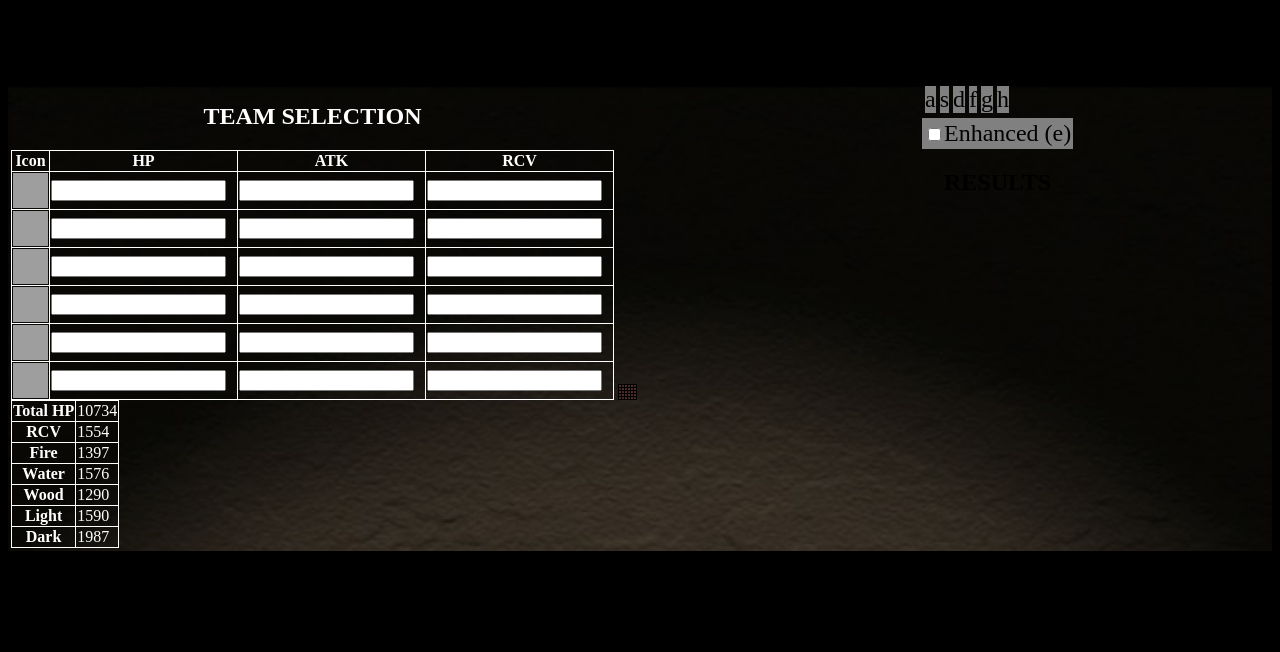
Repository: fangelod/pad-optimizer
Page: client/index.html
The author's editor kept a record of every edit. The page is drawn from the files as they stood at one moment, then again after the next edit.
The browser window is 1280 px wide. The pictures show the whole page.
Pictures or frames that could not be fetched are drawn as grey boxes.

Above is the page before.
Console error: TypeError: Cannot read properties of null (reading 'getContext')

### client/index.html
<!DOCTYPE html>
<html>
    <head>
        <title>PAD Optimizer</title>
        <link rel="stylesheet" href="/css/main.css">
        <script src="/js/jquery.min.js"></script>
        <script src="/js/main.js"></script>
    </head>
    <body>
        <div class="header">
            <div class="title">
                <h1>Puzzle & Dragons Optimizer</h1>
            </div>
            <div class="navbar"></div>
        </div>
        <div class="body">
            <table class="containerlayout">
                <tr>
                    <td class="left">
                        <div>
                            <h2>TEAM SELECTION</h2>
                            <table>
                                <tr>
                                    <th>Icon</th>
                                    <th>HP</th>
                                    <th>ATK</th>
                                    <th>RCV</th>
                                </tr>
                                <tr>
                                    <td><img src="/img/Monsters/2271.png"></td>
                                    <td><input type="number"></td>
                                    <td><input type="number"></td>
                                    <td><input type="number"></td>
                                </tr>
                                <tr>
                                    <td><img src="/img/Monsters/2497.png"></td>
                                    <td><input type="number"></td>
                                    <td><input type="number"></td>
                                    <td><input type="number"></td>
                                </tr>
                                <tr>
                                    <td><img src="/img/Monsters/2494.png"></td>
                                    <td><input type="number"></td>
                                    <td><input type="number"></td>
                                    <td><input type="number"></td>
                                </tr>
                                <tr>
                                    <td><img src="/img/Monsters/2185.png"></td>
                                    <td><input type="number"></td>
                                    <td><input type="number"></td>
                                    <td><input type="number"></td>
                                </tr>
                                <tr>
                                    <td><img src="/img/Monsters/2818.png"></td>
                                    <td><input type="number"></td>
                                    <td><input type="number"></td>
                                    <td><input type="number"></td>
                                </tr>
                                <tr>
                                    <td><img src="/img/Monsters/2271.png"></td>
                                    <td><input type="number"></td>
                                    <td><input type="number"></td>
                                    <td><input type="number"></td>
                                </tr>
                            </table>
                            <table>
                                <tr>
                                    <th>Total HP</th>
                                    <td>10734</td>
                                </tr>
                                <tr>
                                    <th>RCV</th>
                                    <td>1554</td>
                                </tr>
                                <tr>
                                    <th>Fire</th>
                                    <td>1397</td>
                                </tr>
                                <tr>
                                    <th>Water</th>
                                    <td>1576</td>
                                </tr>
                                <tr>
                                    <th>Wood</th>
                                    <td>1290</td>
                                </tr>
                                <tr>
                                    <th>Light</th>
                                    <td>1590</td>
                                </tr>
                                <tr>
                                    <th>Dark</th>
                                    <td>1987</td>
                                </tr>
                            </table>
                        </div>
                    </td>
                    <td class="middle">
                        <canvas class="PADboard"></canvas>
                        <div class="board">
                            <table>
                                <tr>
                                    <td class="even"></td>
                                    <td class="odd"></td>
                                    <td class="even"></td>
                                    <td class="odd"></td>
                                    <td class="even"></td>
                                    <td class="odd"></td>
                                </tr>
                                <tr>
                                    <td class="odd"></td>
                                    <td class="even"></td>
                                    <td class="odd"></td>
                                    <td class="even"></td>
                                    <td class="odd"></td>
                                    <td class="even"></td>
                                </tr>
                                <tr>
                                    <td class="even"></td>
                                    <td class="odd"></td>
                                    <td class="even"></td>
                                    <td class="odd"></td>
                                    <td class="even"></td>
                                    <td class="odd"></td>
                                </tr>
                                <tr>
                                    <td class="odd"></td>
                                    <td class="even"></td>
                                    <td class="odd"></td>
                                    <td class="even"></td>
                                    <td class="odd"></td>
                                    <td class="even"></td>
                                </tr>
                                <tr>
                                    <td class="even"></td>
                                    <td class="odd"></td>
                                    <td class="even"></td>
                                    <td class="odd"></td>
                                    <td class="even"></td>
                                    <td class="odd"></td>
                                </tr>
                            </table>
                        </div>
                    </td>
                    <td class="right">
                        <div class="orbSelector">
                            <table>
                                <tr>
                                    <td><p>a</p></td>
                                    <td><p>s</p></td>
                                    <td><p>d</p></td>
                                    <td><p>f</p></td>
                                    <td><p>g</p></td>
                                    <td><p>h</p></td>
                                </tr>
                                <tr>
                                    <td class="frChoose"></td>
                                    <td class="wtChoose"></td>
                                    <td class="wdChoose"></td>
                                    <td class="ltChoose"></td>
                                    <td class="dkChoose"></td>
                                    <td class="hChoose"></td>
                                </tr>
                            </table>
                            <form>
                                <label><input class="echeck" type="checkbox" name="enhanced">Enhanced (e)</label>
                            </form>
                        </div>
                        <div class="results">
                            <h2>RESULTS</h2>
                        </div>
                    </td>
                </tr>
            </table>
        </div>
        <div class="allMonsters"></div>
    </body>
</html>

### client/css/main.css
.body {
    width: 100%;
    background: url("/img/backdrop.jpeg") no-repeat;
    background-size: 100%;
}
.middle table {
    border: solid 1pt black;
    border-collapse: collapse;
}
.middle td {
    border: solid 1pt black;
    border-collapse: collapse;
}
.odd {
    background-image: url("/img/Background2.png");
}
.even {
    background-image: url("/img/Background1.png");
}
.left {
    vertical-align: top;
    color: white;
}
.left table, .left th, .left td {
    border: 1pt solid white;
    border-collapse: collapse;
}
.left img {
    height: 35px;
    width: 35px;
    vertical-align: middle;
}
.left input {
    width: 90%;
}
.odd:hover, .even:hover {
    cursor: default;
}
html {
    background: black;
}
.right {
    vertical-align: top;
}
.frChoose {
    background: url("/img/frOrb.png") no-repeat center;
}
.wtChoose {
    background: url("/img/wtOrb.png") no-repeat center;
}
.wdChoose {
    background: url("/img/wdOrb.png") no-repeat center;
}
.ltChoose {
    background: url("/img/ltOrb.png") no-repeat center;
}
.dkChoose {
    background: url("/img/dkOrb.png") no-repeat center;
}
.hChoose {
    background: url("/img/hOrb.png") no-repeat center;
}
.frChoose, .wtChoose, .wdChoose, .ltChoose, .dkChoose, .hChoose {
    background-size: contain;
    padding: 0;
}
.orbSelector p {
    text-align: center;
    vertical-align: bottom;
    margin: 0;
    font-size: 1.5em;
    background: gray;
}
.orbSelector form {
    display: table;
    margin-left: auto;
    margin-right: auto;
    font-size: 1.5em;
    background: gray;
    width: 100%;
}
.orbSelector input {
    height: 50%;
}
h2 {
    text-align: center;
}
h1 {
    text-align: center;
}

.allMonsters {
    background: white;
}

### client/js/main.js
var cv;
var orbSelected = '.frChoose';
var board;
var Fire, Water, Wood, Light, Dark, Heal;
var EFire, EWater, EWood, ELight, EDark, EHeal;
var isMouseDown = false;

$(document).ready(function () {
    cv = document.getElementById("PADboard").getContext("2d");
    resizeEverything();
    addButtonHandlers();
    initBoard();
    initOrbs();

    $('#PADboard').on('click', function(e) {
        var x = e.offsetX;
        var y = e.offsetY;
        var w = $('#PADboard').width();
        var h = $('#PADboard').height();
        var gw = w/6;
        var gh = h/5;
        var column = "";
        var row = "";
        var bw = document.getElementById("PADboard").width/6;
        var bh = document.getElementById("PADboard").height/5;

        if ($('.echeck').is(":checked")) {
            switch (orbSelected) {
                case '.frChoose':
                    board[Math.floor(y/gh)][Math.floor(x/gw)] = "fr+";
                    cv.drawImage(EFire, Math.floor(x/gw)*bw, Math.floor(y/gh)*bh, bw, bh);
                    break;
                case '.wtChoose':
                    board[Math.floor(y/gh)][Math.floor(x/gw)] = "wt+";
                    cv.drawImage(Water, Math.floor(x/gw)*bw, Math.floor(y/gh)*bh, bw, bh);
                    break;
                case '.wdChoose':
                    board[Math.floor(y/gh)][Math.floor(x/gw)] = "wd+";
                    cv.drawImage(Wood, Math.floor(x/gw)*bw, Math.floor(y/gh)*bh, bw, bh);
                    break;
                case '.ltChoose':
                    board[Math.floor(y/gh)][Math.floor(x/gw)] = "lt+";
                    cv.drawImage(ELight, Math.floor(x/gw)*bw, Math.floor(y/gh)*bh, bw, bh);
                    break;
                case '.dkChoose':
                    board[Math.floor(y/gh)][Math.floor(x/gw)] = "dk+";
                    cv.drawImage(EDark, Math.floor(x/gw)*bw, Math.floor(y/gh)*bh, bw, bh);
                    break;
                case '.hChoose':
                    board[Math.floor(y/gh)][Math.floor(x/gw)] = "h+";
                    cv.drawImage(EHeal, Math.floor(x/gw)*bw, Math.floor(y/gh)*bh, bw, bh);
                    break;
            }
        } else {
            switch (orbSelected) {
                case '.frChoose':
                    board[Math.floor(y/gh)][Math.floor(x/gw)] = "fr";
                    cv.drawImage(Fire, Math.floor(x/gw)*bw, Math.floor(y/gh)*bh, bw, bh);
                    break;
                case '.wtChoose':
                    board[Math.floor(y/gh)][Math.floor(x/gw)] = "wt";
                    cv.drawImage(Water, Math.floor(x/gw)*bw, Math.floor(y/gh)*bh, bw, bh);
                    break;
                case '.wdChoose':
                    board[Math.floor(y/gh)][Math.floor(x/gw)] = "wd";
                    cv.drawImage(Wood, Math.floor(x/gw)*bw, Math.floor(y/gh)*bh, bw, bh);
                    break;
                case '.ltChoose':
                    board[Math.floor(y/gh)][Math.floor(x/gw)] = "lt";
                    cv.drawImage(Light, Math.floor(x/gw)*bw, Math.floor(y/gh)*bh, bw, bh);
                    break;
                case '.dkChoose':
                    board[Math.floor(y/gh)][Math.floor(x/gw)] = "dk";
                    cv.drawImage(Dark, Math.floor(x/gw)*bw, Math.floor(y/gh)*bh, bw, bh);
                    break;
                case '.hChoose':
                    board[Math.floor(y/gh)][Math.floor(x/gw)] = "h";
                    cv.drawImage(Heal, Math.floor(x/gw)*bw, Math.floor(y/gh)*bh, bw, bh);
                    break;
            }
        }
    });
    $('#PADboard').on('mousedown', function(e) {
        isMouseDown = true;
    });
    $(document).
    $('#PADboard').on('mousemove', function(e) {
        if (isMouseDown) {
            console.log(e);
        }
    });
});


$(window).resize(function() {
    resizeEverything();
});


// Helper functions
var resizeEverything = function() {
    var w = $(window).width();
    var lw = w * .25;
    var mw = w * .49;
    var rw = w * .25;

    $('.left').width(lw);
    $('.right').width(rw);
    $('.middle').width(mw);

    $('#PADboard').width(mw);
    $('#PADboard').height(mw*(5/6));
    //$('.middle table').width(mw);
    //$('.middle table').height(mw*(5/6));

    $('.frChoose').width(rw/6);
    $('.frChoose').height(rw/6);

    $('.wtChoose').width(rw/6);
    $('.wtChoose').height(rw/6);

    $('.wdChoose').width(rw/6);
    $('.wdChoose').height(rw/6);

    $('.ltChoose').width(rw/6);
    $('.ltChoose').height(rw/6);

    $('.dkChoose').width(rw/6);
    $('.dkChoose').height(rw/6);

    $('.hChoose').width(rw/6);
    $('.hChoose').height(rw/6);

    drawStartBoard();
};
var addButtonHandlers = function() {
    $('.frChoose').css('border', '2pt solid white');

    var resetButtons = function() {
        $(orbSelected).css('border', "initial");
    };

    $('.frChoose').on('click', function (e) {
        resetButtons();
        $('.frChoose').css('border', '2pt solid white');
        orbSelected = '.frChoose';
    });

    $('.wtChoose').on('click', function (e) {
        resetButtons();
        $('.wtChoose').css('border', '2pt solid white');
        orbSelected = '.wtChoose';
    });

    $('.wdChoose').on('click', function (e) {
        resetButtons();
        $('.wdChoose').css('border', '2pt solid white');
        orbSelected = '.wdChoose';
    });

    $('.ltChoose').on('click', function (e) {
        resetButtons();
        $('.ltChoose').css('border', '2pt solid white');
        orbSelected = '.ltChoose';
    });

    $('.dkChoose').on('click', function (e) {
        resetButtons();
        $('.dkChoose').css('border', '2pt solid white');
        orbSelected = '.dkChoose';
    });

    $('.hChoose').on('click', function (e) {
        resetButtons();
        $('.hChoose').css('border', '2pt solid white');
        orbSelected = '.hChoose';
    });

    $('.echeck').on('click', function(e) {
        if ($('.echeck').is(":checked")) {
            $('.frChoose').css('background', 'url("/img/frOrb+.png") no-repeat center');
            $('.wtChoose').css('background', 'url("/img/wtOrb.png") no-repeat center');
            $('.wdChoose').css('background', 'url("/img/wdOrb.png") no-repeat center');
            $('.ltChoose').css('background', 'url("/img/ltOrb+.png") no-repeat center');
            $('.dkChoose').css('background', 'url("/img/dkOrb+.png") no-repeat center');
            $('.hChoose').css('background', 'url("/img/hOrb+.png") no-repeat center');
        } else {
            $('.frChoose').css('background', 'url("/img/frOrb.png") no-repeat center');
            $('.wtChoose').css('background', 'url("/img/wtOrb.png") no-repeat center');
            $('.wdChoose').css('background', 'url("/img/wdOrb.png") no-repeat center');
            $('.ltChoose').css('background', 'url("/img/ltOrb.png") no-repeat center');
            $('.dkChoose').css('background', 'url("/img/dkOrb.png") no-repeat center');
            $('.hChoose').css('background', 'url("/img/hOrb.png") no-repeat center');
        }
        $('.frChoose').css('background-size', 'contain');
        $('.wtChoose').css('background-size', 'contain');
        $('.wdChoose').css('background-size', 'contain');
        $('.ltChoose').css('background-size', 'contain');
        $('.dkChoose').css('background-size', 'contain');
        $('.hChoose').css('background-size', 'contain');
    });

    $('html').on('keydown', function(e) {
        switch (e.keyCode) {
            case 65:
                resetButtons();
                $('.frChoose').css('border', '2pt solid white');
                orbSelected = '.frChoose';
                break;
            case 83:
                resetButtons();
                $('.wtChoose').css('border', '2pt solid white');
                orbSelected = '.wtChoose';
                break;
            case 68:
                resetButtons();
                $('.wdChoose').css('border', '2pt solid white');
                orbSelected = '.wdChoose';
                break;
            case 70:
                resetButtons();
                $('.ltChoose').css('border', '2pt solid white');
                orbSelected = '.ltChoose';
                break;
            case 71:
                resetButtons();
                $('.dkChoose').css('border', '2pt solid white');
                orbSelected = '.dkChoose';
                break;
            case 72:
                resetButtons();
                $('.hChoose').css('border', '2pt solid white');
                orbSelected = '.hChoose';
                break;
            case 69:
                if ($('.echeck').is(":checked")) {
                    $('.echeck').prop('checked', false);
                    $('.frChoose').css('background', 'url("/img/frOrb.png") no-repeat center');
                    $('.wtChoose').css('background', 'url("/img/wtOrb.png") no-repeat center');
                    $('.wdChoose').css('background', 'url("/img/wdOrb.png") no-repeat center');
                    $('.ltChoose').css('background', 'url("/img/ltOrb.png") no-repeat center');
                    $('.dkChoose').css('background', 'url("/img/dkOrb.png") no-repeat center');
                    $('.hChoose').css('background', 'url("/img/hOrb.png") no-repeat center');
                } else {
                    $('.echeck').prop('checked', true);
                    $('.frChoose').css('background', 'url("/img/frOrb+.png") no-repeat center');
                    $('.wtChoose').css('background', 'url("/img/wtOrb.png") no-repeat center');
                    $('.wdChoose').css('background', 'url("/img/wdOrb.png") no-repeat center');
                    $('.ltChoose').css('background', 'url("/img/ltOrb+.png") no-repeat center');
                    $('.dkChoose').css('background', 'url("/img/dkOrb+.png") no-repeat center');
                    $('.hChoose').css('background', 'url("/img/hOrb+.png") no-repeat center');
                }
                $('.frChoose').css('background-size', 'contain');
                $('.wtChoose').css('background-size', 'contain');
                $('.wdChoose').css('background-size', 'contain');
                $('.ltChoose').css('background-size', 'contain');
                $('.dkChoose').css('background-size', 'contain');
                $('.hChoose').css('background-size', 'contain');
                break;
        }
    });
};
var drawStartBoard = function() {
    var w = document.getElementById("PADboard").width;
    var h = document.getElementById("PADboard").height;
    cv.clearRect(0, 0, w, h);

    var img = document.createElement('img');
    img.src = "/img/Background1.png";
    var img2 = document.createElement('img');
    img2.src = "/img/Background2.png";

    var gw = w/6;
    var gh = h/5;
    for (i = 0; i < 5; i++) {
        for (j = 0; j < 6; j++) {
            if (i % 2 == 0) {
                if (j % 2 == 0) {
                    cv.drawImage(img, (j * gw), (i * gh), gw, gh);
                } else {
                    cv.drawImage(img2, (j * gw), (i * gh), gw, gh);
                }
            } else {
                if (j % 2 == 0) {
                    cv.drawImage(img2, (j * gw), (i * gh), gw, gh);
                } else {
                    cv.drawImage(img, (j * gw), (i * gh), gw, gh);
                }
            }
        }
    }
};
var initBoard = function() {
    board = new Array(5);
    for (i = 0; i < 5; i++) {
        board[i] = new Array(6);
        for (j = 0; j < 6; j++) {
            board[i][j] = null;
        }
    }
}
var initOrbs = function() {
    Fire = document.createElement('img');
    Fire.src = "/img/frOrb.png";
    Water = document.createElement('img');
    Water.src = "/img/wtOrb.png";
    Wood = document.createElement('img');
    Wood.src = "/img/wdOrb.png";
    Light = document.createElement('img');
    Light.src = "/img/ltOrb.png";
    Dark = document.createElement('img');
    Dark.src = "/img/dkOrb.png";
    Heal = document.createElement('img');
    Heal.src = "/img/hOrb.png";
    EFire = document.createElement('img');
    EFire.src = "/img/frOrb+.png";
    // EWater = document.createElement('img');
    // EWater.src = "/img/wtOrb+.png";
    // EWood = document.createElement('img');
    // EWood.src = "/img/wdOrb+.png";
    ELight = document.createElement('img');
    ELight.src = "/img/ltOrb+.png";
    EDark = document.createElement('img');
    EDark.src = "/img/dkOrb+.png";
    EHeal = document.createElement('img');
    EHeal.src = "/img/hOrb+.png";
}

Loaded but not shown: client/js/jquery.min.js (library)

After the next edit:
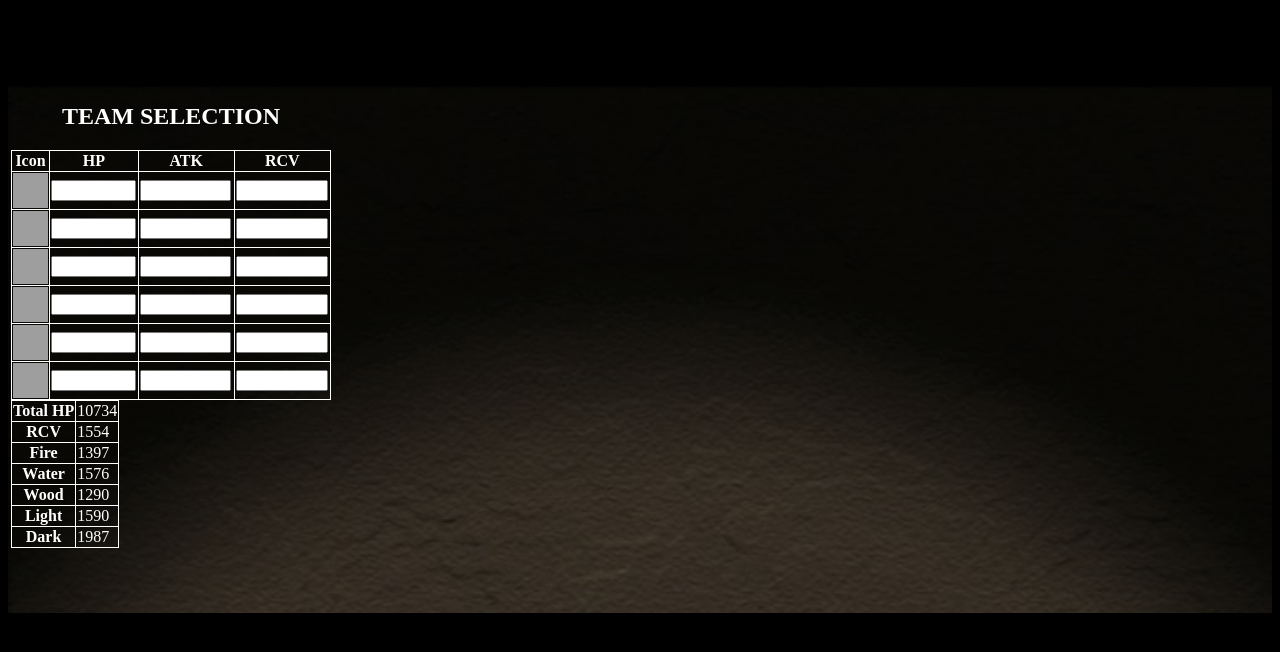
Console error: TypeError: $(...).$ is not a function
The edit:
--- a/client/index.html
+++ b/client/index.html
@@ -96,8 +96,8 @@
                         </div>
                     </td>
                     <td class="middle">
-                        <canvas class="PADboard"></canvas>
-                        <div class="board">
+                        <canvas id="PADboard"></canvas>
+                        <!--<div class="board">
                             <table>
                                 <tr>
                                     <td class="even"></td>
